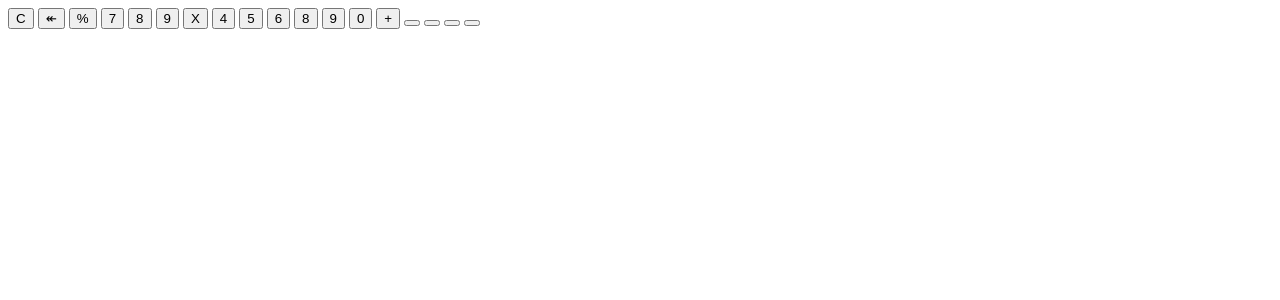
Repository: jhonenmanuel1/javaScript-calculator
Page: src/index.html
These files come from the project's save history. The page is drawn as it stood at one moment and after the next save; the edit follows.
The browser window is 1280 px wide. The pictures show the whole page.

Above is the page before, as saved 2022-08-02 22:25:02.

After the next save:
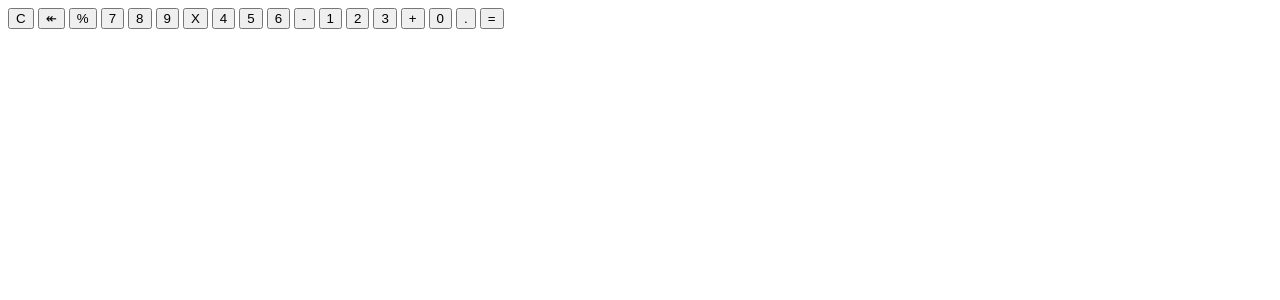
Saved 43 s later.
--- a/src/index.html
+++ b/src/index.html
@@ -27,14 +27,14 @@
         <button>4</button>
         <button>5</button>
         <button>6</button>
-        <button>8</button>
-        <button>9</button>
+        <button>-</button>
+        <button>1</button>
+        <button>2</button>
+        <button>3</button>
+        <button>+</button>
         <button>0</button>
-        <button>+</button>
-        <button></button>
-        <button></button>
-        <button></button>
-        <button></button>
+        <button>.</button>
+        <button>=</button>
       </div>
     </div>
   </body>
